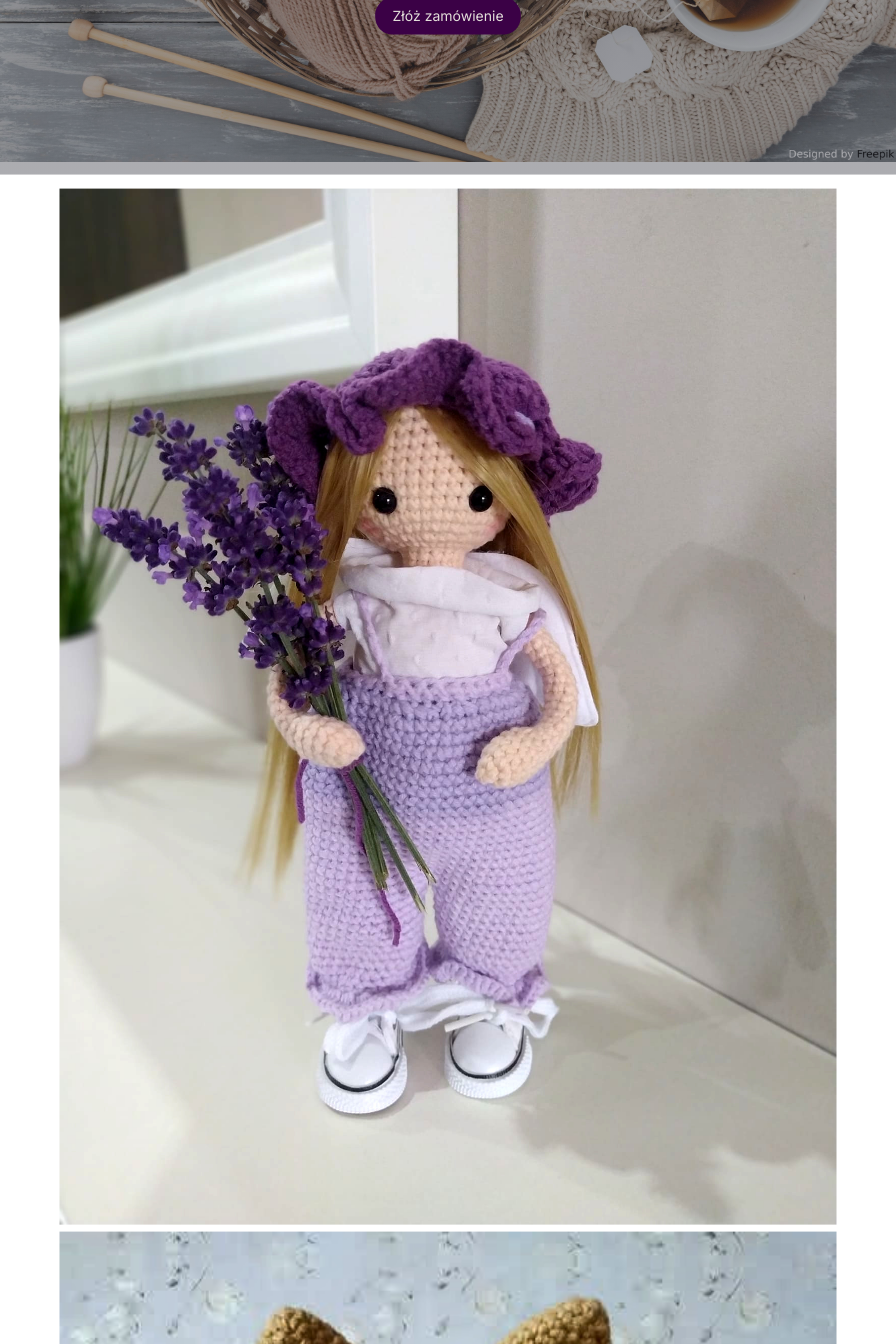
Repository: KlaudiaK0205/Craftoszet
Page: index.html
The author's editor kept a copy of each file at every save. The page is drawn from the files as they stood at one save, then again after a run of saves.
The browser window is 1280 px wide. The pictures show the part of the page from y = 778 to 2698 px (the page is 4257 px tall before and 3329 px after), at 70% of full size.
Some web libraries are served in a nearby version. The style sheet was rebuilt from its Sass, Less or Tailwind sources for each picture, by a compiler version that may differ from the author's.

Above is the page before, as saved 2024-10-06 12:39:12.

### index.html
<!DOCTYPE html>
<html lang="en">
<head>
    <meta charset="UTF-8">
    <meta name="viewport" content="width=device-width, initial-scale=1.0">
    <title>Craftoszet</title>
    <!-- FAVICON -->
    <link rel="icon" href="./images/favicon.ico" type="image/x-icon">
    <link rel="icon" siezes="16x16" href="./images/favicon-16x16.png" type="image/png">
    <link rel="icon" siezes="32x32" href="./images/favicon-32x32.png" type="image/png">
    <!-- GOOGLE FONTS -->
    <link rel="preconnect" href="https://fonts.googleapis.com">
    <link rel="preconnect" href="https://fonts.gstatic.com" crossorigin>
    <link href="https://fonts.googleapis.com/css2?family=Inter:ital,opsz,wght@0,14..32,100..900;1,14..32,100..900&family=Sacramento&display=swap" rel="stylesheet">
    <!-- MODERN NORMALIZE -->
    <link rel="stylesheet" href="https://cdn.jsdelivr.net/npm/modern-normalize@3.0.1/modern-normalize.min.css">
    <!-- ANIMATE-->
    <link rel="stylesheet" href="https://cdnjs.cloudflare.com/ajax/libs/animate.css/4.1.1/animate.min.css"/>
    <!-- STYLES -->
    <link rel="stylesheet" href="./sass/main.css">
</head>
<body>
    <header>
        <div class="container">
            <div class="logo-box">
                <img class="logo-image" src="./images/logo.png" alt="a ball of wool">
            </div>
            <nav class="nav">
                <ul class="nav__list">
                    <li class="nav__list__item">
                        <a href="" class="nav__list__link">Home</a>
                    </li>
                    <li class="nav__list__item">
                        <a href="" class="nav__list__link">Czym się zajmuję?</a>
                    </li>
                    <li class="nav__list__item">
                        <a href="" class="nav__list__link">Jak zamówić?</a>
                    </li>
                    <li class="nav__list__item">
                        <a href="" class="nav__list__link">Moje projekty</a>
                    </li>
                </ul>
            </nav>

            <button class="orderBtn" type="button">Złóż zamówienie</button>
        </div>
    </header>

    <main>
        <section class="hero">
            <div class="container">
                <h1 class="hero__header">CRAFTOSZET</h1>
                <p class="hero__undertitle">Z pasji do włóczki – ręcznie tworzone z sercem</p>
                <button class="orderBtn" type="button">Złóż zamówienie</button>
            </div>
        </section>

        <section class="whatIDo">
            <div class="container">
                <div class="whatIDo-images">
                    <img class="whatIDo-image" src="./images/projekty/fioletowa lalka.jpg" alt="fioletowa lalka z włóczki">
                    <img class="whatIDo-image" src="./images/projekty/króliczek.jpg" alt="króliczek w niebieskich spodenkach z włóczki">
                </div>
                <div class="whatIDo-description">
                    <h2 class="section-header">Czym się zajmuję?</h2>
                    <p class="section-text">Tworzę unikatowe, ręcznie robione ozdoby i maskotki na drutach, które łączą tradycję z nowoczesnym designem. Każdy projekt powstaje z pasji i dbałości o najdrobniejsze detale. Włóczka to mój materiał, z którego wyplatam radość i ciepło, tworząc wyjątkowe przedmioty, które cieszą nie tylko oko, ale również duszę. Od przytulnych maskotek, przez świąteczne ozdoby, aż po dekoracje do domu – każda moja praca to małe dzieło sztuki, które wnosi do Twojego wnętrza niepowtarzalny klimat. Wszystko, co tworzę, jest unikatowe, bo wierzę, że piękno tkwi w indywidualności i ręcznej pracy.</p>
                </div>
            </div>
        </section>
    </main>
    <footer></footer>
</body>
</html>

### sass/main.scss
@import './base/common';
@import './base/container';

@import './components/animations';
@import './components/logo';
@import './components/orderBtn';

@import './layout/header';
@import './layout/hero';
@import './layout/whatIDo';

@import './utils/variables';

### sass/base/_common.scss
body {
    font-family: var(--main-font);
    // font-weight: 500;
    margin: 0;
    padding: 0;
}

h1,
h2,
h3,
h4,
h5,
h6 {
    margin: 0;
    padding: 0;
}

ul,
ol,
li {
    margin: 0;
    padding: 0;
    list-style: none;
}

a {
    text-decoration: none;
}

p {
    margin: 0;
    padding: 0;
}

img {
    display: block;
    max-width: 100%;
    height: auto;
}

button {
    cursor: pointer;
}

.list {
    list-style: none;
}

.link {
    text-decoration: none;
}

### sass/base/_container.scss
.container {
    width: 100%;
    max-width: 1200px; /* Maksymalna szerokość dla dużych ekranów */
    margin: 0 auto;
    padding: 0 15px;
}

/* Urządzenia mobilne (do 576px szerokości) */
@media (max-width: 576px) {
    .container {
        max-width: 100%; /* Na małych ekranach szerokość 100% */
        padding: 0 10px;  /* Mniejszy padding na telefonach */
    }
}

/* Tablety (do 768px szerokości) */
@media (max-width: 768px) {
    .container {
        max-width: 720px; /* Dostosowanie dla tabletów */
    }
}

/* Średnie ekrany (do 992px szerokości) */
@media (max-width: 992px) {
    .container {
        max-width: 960px; /* Dostosowanie dla większych tabletów i mniejszych laptopów */
    }
}

/* Duże ekrany (od 1200px szerokości) */
@media (min-width: 1200px) {
    .container {
        max-width: 1140px; /* Ustawienia dla monitorów */
    }
}

### sass/components/_logo.scss
.logo-image {
    width: 150px;
    height: 100px;
    animation: wobble-hor-bottom 10s infinite both;
}

//animations
@keyframes wobble-hor-bottom {
    0%,
    100% {
        transform: translateX(0%);
        transform-origin: 50% 50%;
    }
    15% {
        transform: translateX(-30px) rotate(-6deg);
    }
    30% {
        transform: translateX(15px) rotate(6deg);
    }
    45% {
        transform: translateX(-15px) rotate(-3.6deg);
    }
    60% {
        transform: translateX(9px) rotate(2.4deg);
    }
    75% {
        transform: translateX(-6px) rotate(-1.2deg);
    }
}

### sass/components/_orderBtn.scss
.orderBtn {
    font-size: 20px;
    color: var(--mainColor);
    background-color: var(--brandColor);
    border: none;
    border-radius: 25px;
    margin-left: auto;
    padding: 15px 25px;

    &:hover,
    :focus {
        animation: scale-up-center 0.5s cubic-bezier(0.390, 0.575, 0.565, 1.000) both;
    }
}

//animations
@keyframes scale-up-center {
    0% {
        transform: scale(1);
    }
    100% {
        transform: scale(1.2);
    }
}

### sass/layout/_header.scss
header {
    background-color: var(--bgColor);
    padding: 20px 0;
}

header .container {
    display: flex;
    align-items: center;
}

.logo-box {
    margin-right: 70px;
}

.nav__list {
    display: flex;
}

.nav__list__item {
    font-size: 20px;

    &:not(:last-child) {
        margin-right: 1.5vw;
    }
}

.nav__list__link {
    color: #ECEBEB;
    transition: cubic-bezier(0.4, 0, 0.2, 1) 500ms;

    &:hover,
    :focus {
        color: var(--brandColor);
    }
}

header .orderBtn {
    margin-left: auto;
}

### sass/layout/_hero.scss
.hero {
    background-image: linear-gradient(
        rgba(47, 48, 58, 0.4),
        rgba(47, 48, 58, 0.4)),
        url(/images/bg.jpg);
    background-repeat: no-repeat;
    background-size: contain;
    background-position: center;
    min-height: 80vh;
    text-align: center;
    padding: 350px 0 200px;
}

.hero .container {
}

.hero__header {
    font-size: 70px;
    font-weight: 800;
    padding-bottom: 40px;
    color: var(--mainColor);
    letter-spacing: 0.2em;
}

.hero__undertitle {
    font-family: var(--decorative-font);
    font-size: 56px;
    font-weight: 500;
    color: var(--mainColor);
    letter-spacing: 0.1em;
    padding-bottom: 100px;
}

.hero .orderBtn {
    display: flex;
    margin-left: auto;
    margin-right: auto;
}

### sass/layout/_whatIDo.scss
.whatIDo {
    display: flex; /* Umożliwia elastyczne rozmieszczanie elementów */
    align-items: center; /* Wyrównuje elementy w pionie */
    padding: 20px; /* Przykładowy padding */
}

.whatIDo-images {
    flex: 1; /* Obrazki zajmują 1 część dostępnej przestrzeni */
    display: flex; /* Flexbox dla obrazków */
    flex-direction: column; /* Układ pionowy dla obrazków */
    gap: 10px; /* Odstęp między obrazkami */
}

.whatIDo-image {
    max-width: 100%; /* Zapewnia, że obrazy są responsywne */
    height: auto; /* Utrzymuje proporcje obrazków */
}

.whatIDo-description {
    flex: 1; /* Tekst zajmuje 1 część dostępnej przestrzeni */
    padding-left: 20px; /* Odstęp od obrazków */
}

.section-header {
    font-size: 2em; /* Przykładowy rozmiar czcionki dla nagłówka */
    margin-bottom: 10px; /* Odstęp dolny */
}

.section-text {
    font-size: 1.2em; /* Przykładowy rozmiar czcionki dla tekstu */
    line-height: 1.5; /* Wysokość linii dla lepszej czytelności */
}

### sass/utils/_variables.scss
:root {
    --main-font: 'Inter' , sans-serif;
    --decorative-font: 'Sacramento', sans-serif;
    --mainColor: #E2DDD9;
    --circleColor: #FFA5BA;
    --brandColor: #3B0146;
    --bgColor: #D8C8B8;
    --hoverBuyBtn: #ECEBEB;
}

// A8a39d
//f8f1e9
//#8D7966

Loaded but not shown: sass/components/_animations.scss (no stored copy; drawn as an empty file)

After the next 3 saves:
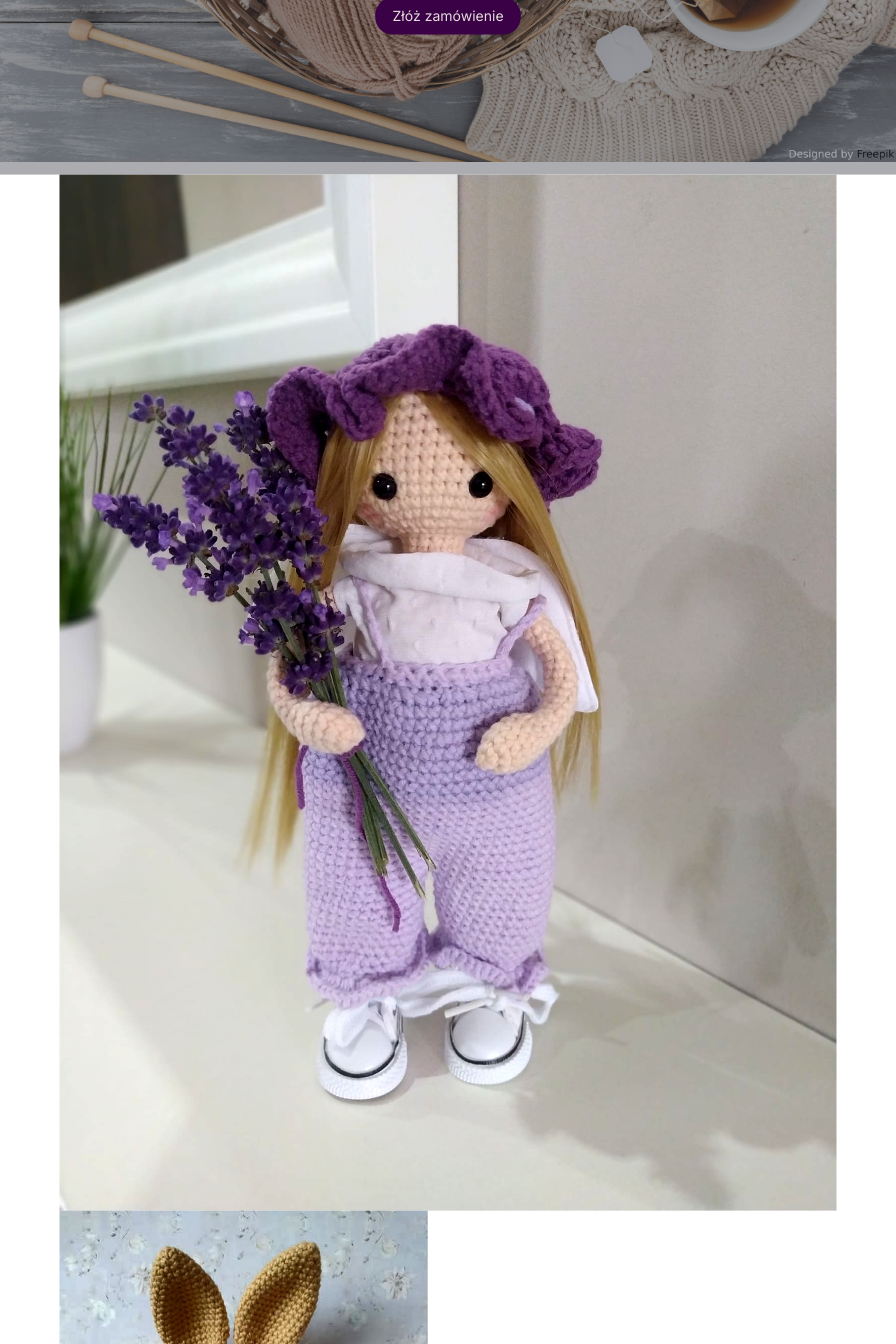
The 3 saves are shown as one change because they came seconds apart.
The last was saved 12 s later.
--- a/sass/layout/_whatIDo.scss
+++ b/sass/layout/_whatIDo.scss
@@ -1,32 +1,17 @@
 .whatIDo {
-    display: flex; /* Umożliwia elastyczne rozmieszczanie elementów */
-    align-items: center; /* Wyrównuje elementy w pionie */
-    padding: 20px; /* Przykładowy padding */
 }
 
 .whatIDo-images {
-    flex: 1; /* Obrazki zajmują 1 część dostępnej przestrzeni */
-    display: flex; /* Flexbox dla obrazków */
-    flex-direction: column; /* Układ pionowy dla obrazków */
-    gap: 10px; /* Odstęp między obrazkami */
 }
 
 .whatIDo-image {
-    max-width: 100%; /* Zapewnia, że obrazy są responsywne */
-    height: auto; /* Utrzymuje proporcje obrazków */
 }
 
 .whatIDo-description {
-    flex: 1; /* Tekst zajmuje 1 część dostępnej przestrzeni */
-    padding-left: 20px; /* Odstęp od obrazków */
 }
 
 .section-header {
-    font-size: 2em; /* Przykładowy rozmiar czcionki dla nagłówka */
-    margin-bottom: 10px; /* Odstęp dolny */
 }
 
 .section-text {
-    font-size: 1.2em; /* Przykładowy rozmiar czcionki dla tekstu */
-    line-height: 1.5; /* Wysokość linii dla lepszej czytelności */
 }
